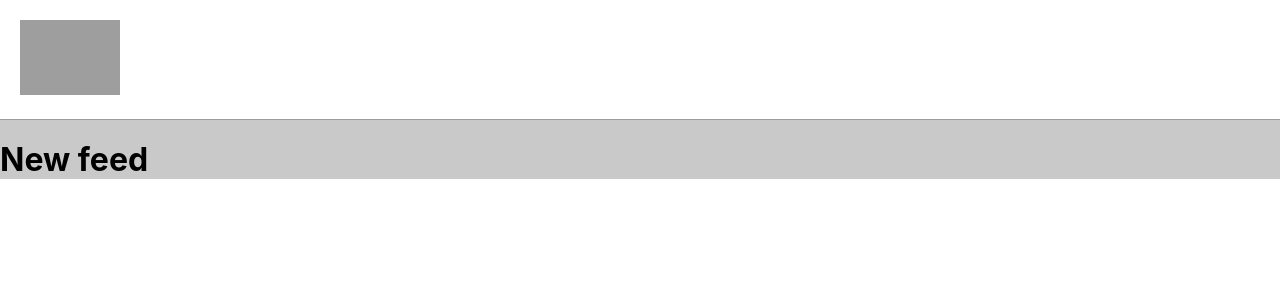
Repository: SerbanLuca/Instagram-clone
Page: /
An editor plug-in stored every save of this project. The page is shown before and after the next save, followed by the edit.
The browser window is 1280 px wide. The pictures show the whole page.
Pictures or frames that could not be fetched are drawn as grey boxes. The page's requests for data from a server got no answer. The project was rebuilt for these pictures with package versions that can differ from the ones it lists, and the page was loaded fresh each time. No one was signed in, and anything a server would have sent is missing. Also part of the build but not shown: src/components/Post.css, src/components/Post.js.

Above is the page before, as saved 2021-05-24 16:20:23.

After the next save:
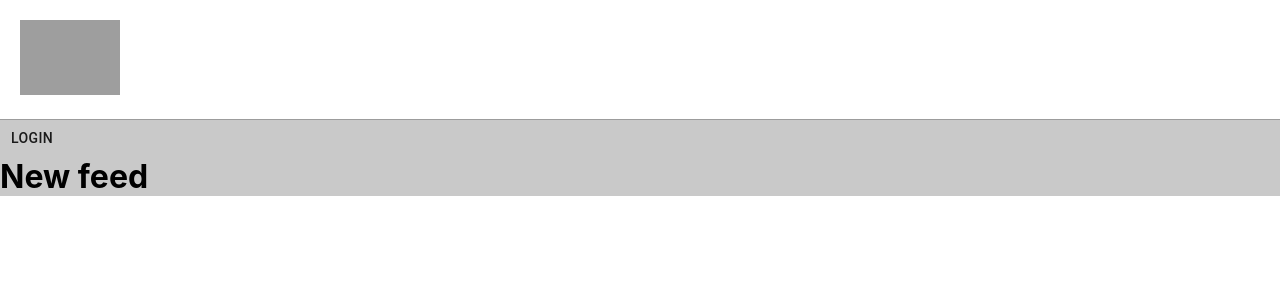
Saved 25 s later.
--- a/src/App.js
+++ b/src/App.js
@@ -59,7 +59,7 @@ function App() {
           <img className='app__headerImage' src='https://cdn.shopify.com/s/files/1/0249/5892/6941/products/stickerirononInstagram-Logo_3840x.png?v=1615134485' alt=''/>
       </div>
 
-      <Button></Button>
+      <Button>Login</Button>
       <h1>New feed</h1>
       {
         posts.map(({id, post}) => (
